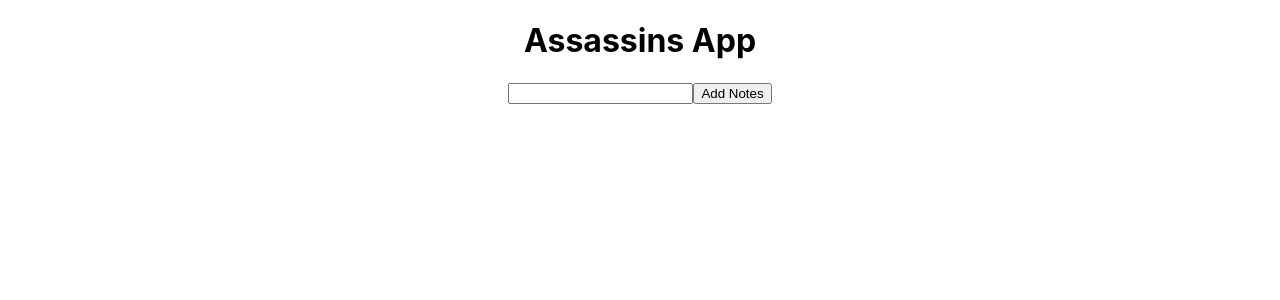
Repository: adrianle060606/assassinsApp
Page: /
The author's editor kept a copy of each file at every save. The page is drawn from the files as they stood at one save, then again after the next save.
The browser window is 1280 px wide. The pictures show the whole page.
The page's requests for data from a server got no answer. The project was rebuilt for these pictures with package versions that can differ from the ones it lists, and the page was loaded fresh each time. No one was signed in, and anything a server would have sent is missing.

Above is the page before, as saved 2024-02-21 11:54:09.

After the next save:
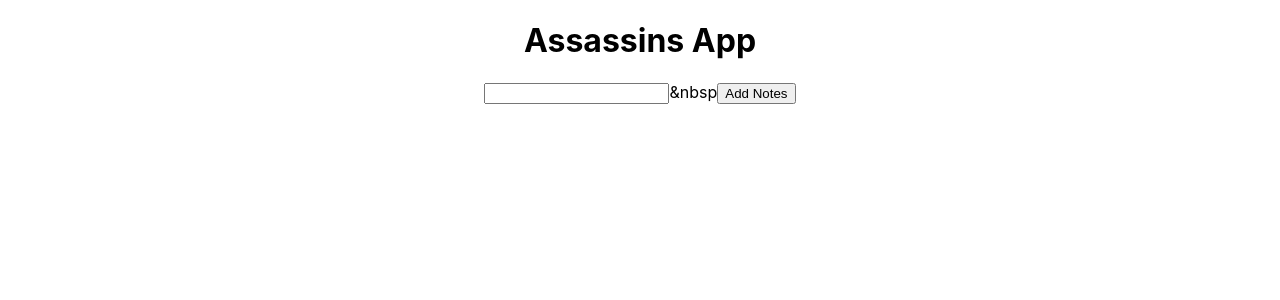
Saved 3 min 38 s later.
--- a/src/App.js
+++ b/src/App.js
@@ -60,12 +60,12 @@
       <div className="App">
         <h1>Assassins App</h1>
 
-        <input id = "newNotes"/>
+        <input id = "newNotes"/>&nbsp
         <button onClick={()=>this.addClick()}> Add Notes</button>
 
         {notes.map(note=>
         <p>
-        <b>* {note.description}</b>
+        <b>* {note.description}</b>&nbsp
         <button onClick={()=>this.deleteClick(note.id)}> Delete Notes</button>
         </p>
         )}

After the 3 saves that followed:
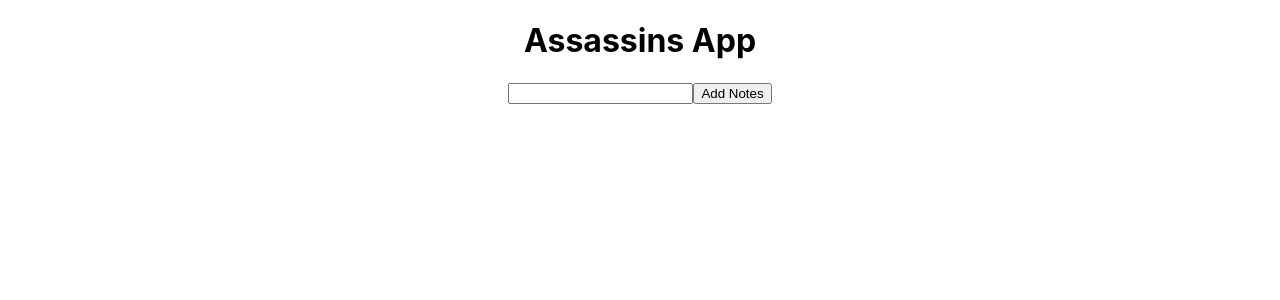
The 3 saves are shown as one change because 2 left the picture as it was.
The last was saved 4 min 17 s later.
--- a/src/App.js
+++ b/src/App.js
@@ -35,23 +35,7 @@
     this.refreshNotes();
   }
 
-  async addClick() {
-    var newNotes = document.getElementById("newNotes").value;
-    var newNotesObject = {description:newNotes};
-    const db = getFirestore(app);
-    const notesCol = collection(db, 'notes');
-    console.log(newNotes)
-    await addDoc(notesCol, newNotesObject);
-    this.refreshNotes()
-  }
 
-  async deleteClick(id) {
-    const db = getFirestore(app);
-    const notesRef = doc(db, 'notes/'+id);
-
-    await deleteDoc(notesRef);
-    this.refreshNotes()
-  }
 
   render() {
     const {notes} = this.state;
@@ -60,12 +44,12 @@
       <div className="App">
         <h1>Assassins App</h1>
 
-        <input id = "newNotes"/>&nbsp
+        <input id = "newNotes"/>
         <button onClick={()=>this.addClick()}> Add Notes</button>
 
         {notes.map(note=>
         <p>
-        <b>* {note.description}</b>&nbsp
+        <b>* {note.description}</b>
         <button onClick={()=>this.deleteClick(note.id)}> Delete Notes</button>
         </p>
         )}
